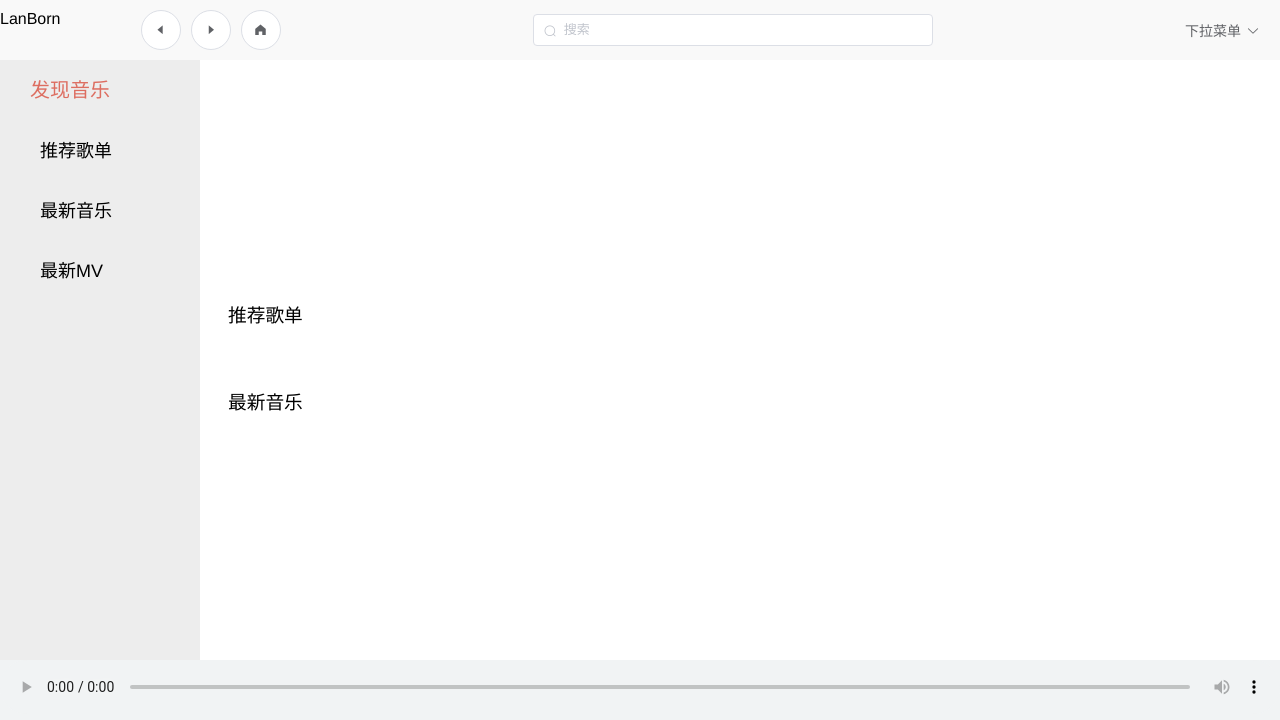
Repository: Lanborn/cloud_music
Page: /
These files come from the project's save history. The page is drawn as it stood at one moment and after the next save; the edit follows.
The browser window is 1280 px wide. The pictures show the whole page.
The page's requests for data from a server got no answer. An inner scrolling area shows only its first screen. The project was rebuilt for these pictures with package versions that can differ from the ones it lists, and the page was loaded fresh each time. No one was signed in, and anything a server would have sent is missing. Also part of the build but not shown: vue.config.js, src/components/playlists.vue, src/components/songs.vue, src/components/mvs.vue, src/components/result.vue, src/components/playlist.vue, src/components/mv.vue.

Above is the page before, as saved 2021-12-11 00:24:50.

After the next save:
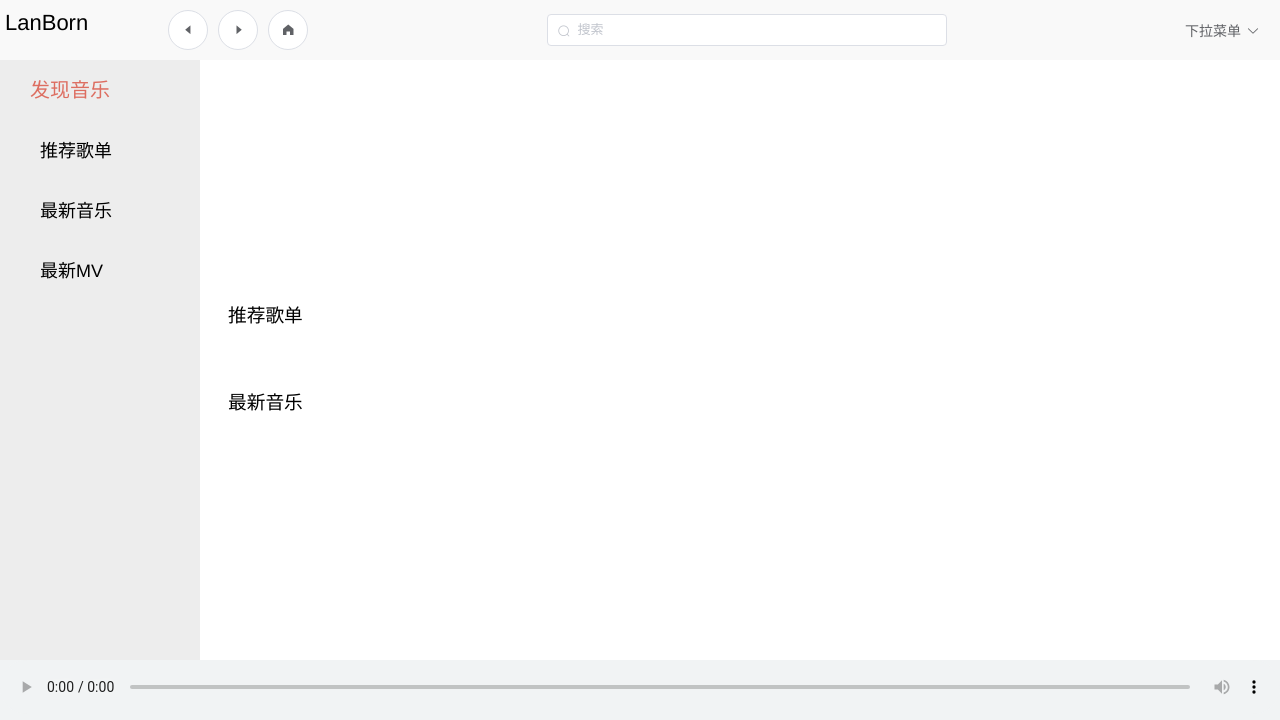
Saved 6 s later.
--- a/src/views/top.vue
+++ b/src/views/top.vue
@@ -122,7 +122,7 @@ export default {
   flex-basis: 200px;
   text-align: center;
 }
-.left a {
+.left-box a {
   padding-left: 5px;
   font-size: 22px;
   color: black;
